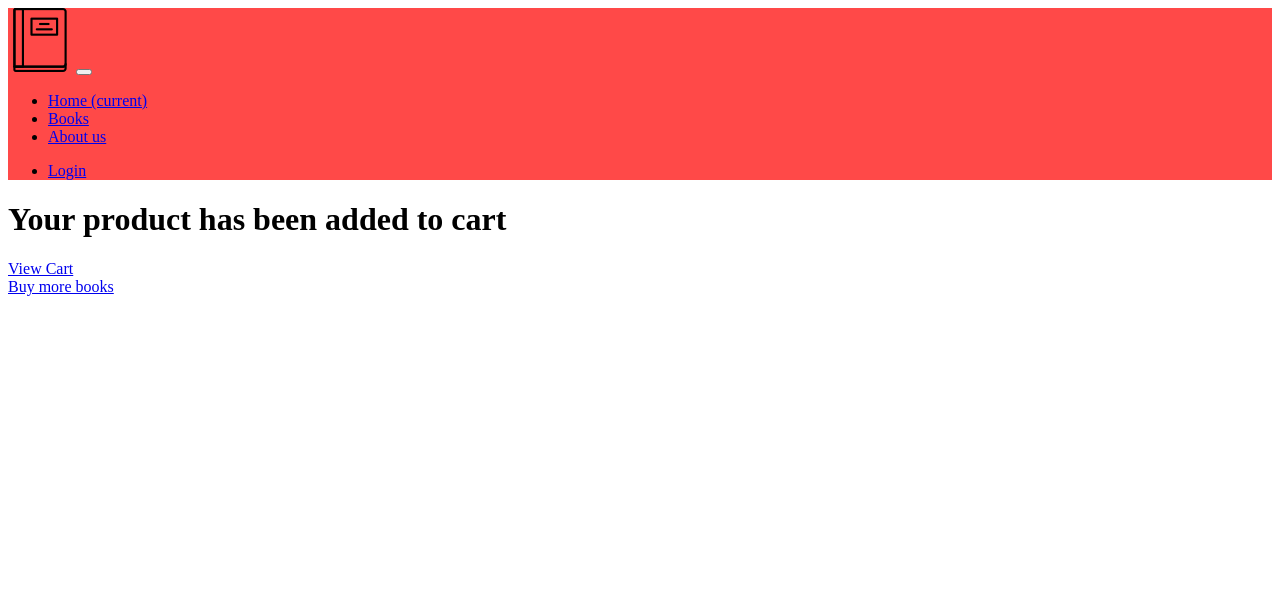
Repository: abhishekgandhi2398/BookStore
Page: http://localhost/BookStore/addedtocart.jsp
The author's editor kept a copy of each file at every save. The page is drawn from the files as they stood at one save, then again after the next save.
The browser window is 1280 px wide. The pictures show the whole page.
The page is served by Tomcat 9. Other server files are loaded and not shown.

Above is the page before, as saved 2019-12-06 12:56:30.

### ProjectJava/BookStore/WebContent/addedtocart.jsp
<%@ page language="java" contentType="text/html; charset=ISO-8859-1"
    pageEncoding="ISO-8859-1"
     import="com.BookStore.Dao.*,com.BookStore.User.*,java.util.*" %>
<%@ taglib prefix="c" uri="http://java.sun.com/jsp/jstl/core" %>

<!DOCTYPE html>
<html>
<head>
<meta charset="ISO-8859-1">
<title>Insert title here</title>
</head>
<body>

<nav class="navbar navbar-expand-lg navbar-light" style="background-color: #FF4948">
  <img src="img/logo.png" class="navbar-brand">
  <button class="navbar-toggler" type="button" data-toggle="collapse" data-target="#navbarTogglerDemo02" aria-controls="navbarTogglerDemo02" aria-expanded="false" aria-label="Toggle navigation">
    <span class="navbar-toggler-icon"></span>
  </button>

  <div class="collapse navbar-collapse" id="navbarTogglerDemo02">
    <ul class="navbar-nav mr-auto mt-2 mt-lg-0">
      <li class="nav-item active">
        <a class="nav-link" href="1.jsp">Home <span class="sr-only">(current)</span></a>
      </li>
      <li class="nav-item">
        <a class="nav-link" href="User_Products.jsp">Books</a>
      </li>
      <li class="nav-item">
        <a class="nav-link" href="#">About us</a>
      </li>
    </ul>

    <form class="form-inline my-2 my-lg-0">
        <ul class="navbar-nav mr-auto mt-2 mt-lg-0">

     <%
String q=(String)session.getAttribute("mobno");

if(q==null)
{
     %>
       <li class="nav-item">
        <a class="nav-link" href="ulogin.jsp">Login</a>
      </li>
<%}
else
{ %>
      <li class="nav-item">
        <a class="nav-link" href="vc.jsp">View Cart</a>
      </li>
      <li class="nav-item">
        <a class="nav-link" href="vieworderuser.jsp">View Orders</a>
      </li>
        <li class="nav-item">
        <a class="nav-link" href="ulogout.jsp">Logout</a>
      </li>

  <%      }


%>
      </ul>


    </form>
  </div>
</nav>





<h1>Your product has been added to cart</h1>

<a href="vc.jsp">View Cart</a>
<br>
<a href="User_Products.jsp">Buy more books</a>

<br>

</body>
</html>

After the next save:
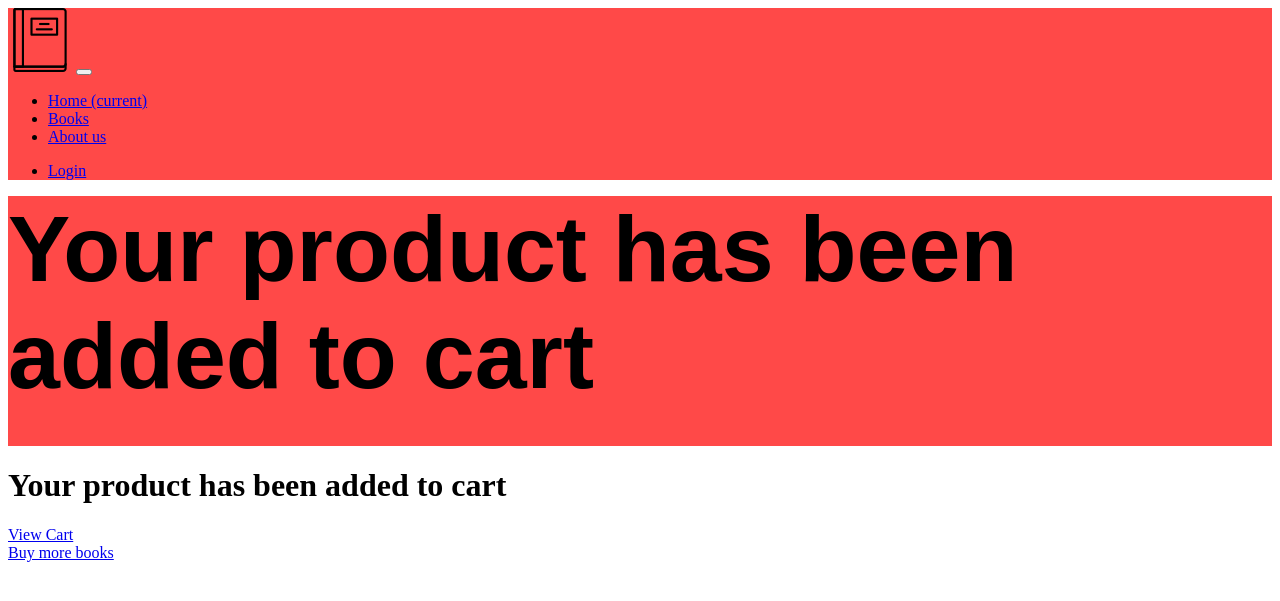
Saved 23 s later.
--- a/ProjectJava/BookStore/WebContent/addedtocart.jsp
+++ b/ProjectJava/BookStore/WebContent/addedtocart.jsp
@@ -67,7 +67,11 @@ else
 </nav>
 
 
+<div style="background-color: #FF4948; height: 250px; width: 100%;" class="d-flex justify-content-center  align-items-center">
 
+		<b style="font-family: sans-serif; font-size: 70pt;">Your product has been added to cart</b>
+
+</div>
 
 
 <h1>Your product has been added to cart</h1>
